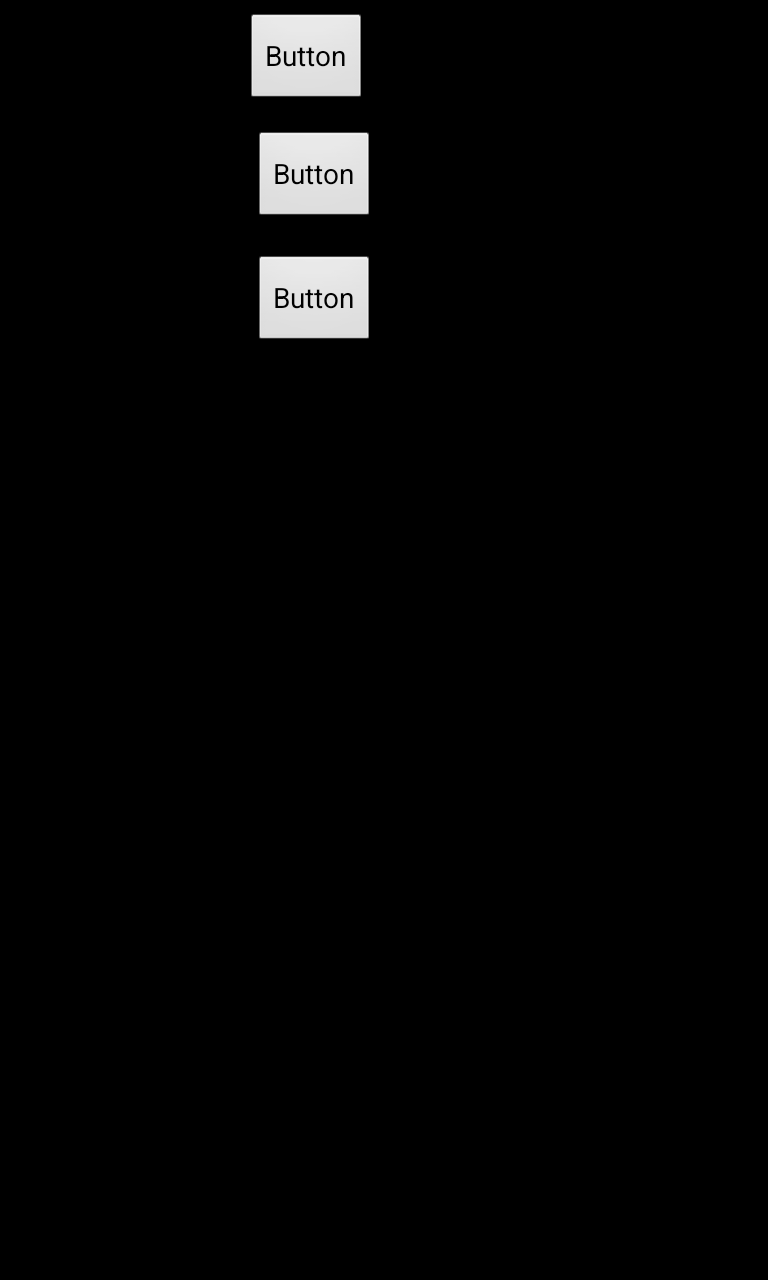
Repository: nuces-acm/DevFest-12-Team-9
Layout: data/Eclipse Workspace of android/Devfest/DCSClientApp/res/layout/main.xml
These files come from the project's save history. The layout is drawn as it stood at one moment and after the next save; the edit follows.
It is drawn on a 768 x 1280 px phone screen (xhdpi) without system bars, with theme android:Theme; the app's code is not run.

Above is the layout before, as saved 2012-04-01 03:10:09.

### data/Eclipse Workspace of android/Devfest/DCSClientApp/res/layout/main.xml
<?xml version="1.0" encoding="utf-8"?>
<AbsoluteLayout xmlns:android="http://schemas.android.com/apk/res/android"
    android:layout_width="match_parent"
    android:layout_height="match_parent" >

    <Button
        android:id="@+id/testsButton"
        android:layout_width="wrap_content"
        android:layout_height="wrap_content"
        android:layout_x="122dp"
        android:layout_y="6dp"
        android:text="Button" />

    <Button
        android:id="@+id/button2"
        android:layout_width="wrap_content"
        android:layout_height="wrap_content"
        android:layout_x="126dp"
        android:layout_y="65dp"
        android:text="Button" />

    <Button
        android:id="@+id/button3"
        android:layout_width="wrap_content"
        android:layout_height="wrap_content"
        android:layout_x="126dp"
        android:layout_y="127dp"
        android:text="Button" />

</AbsoluteLayout>

After the next save:
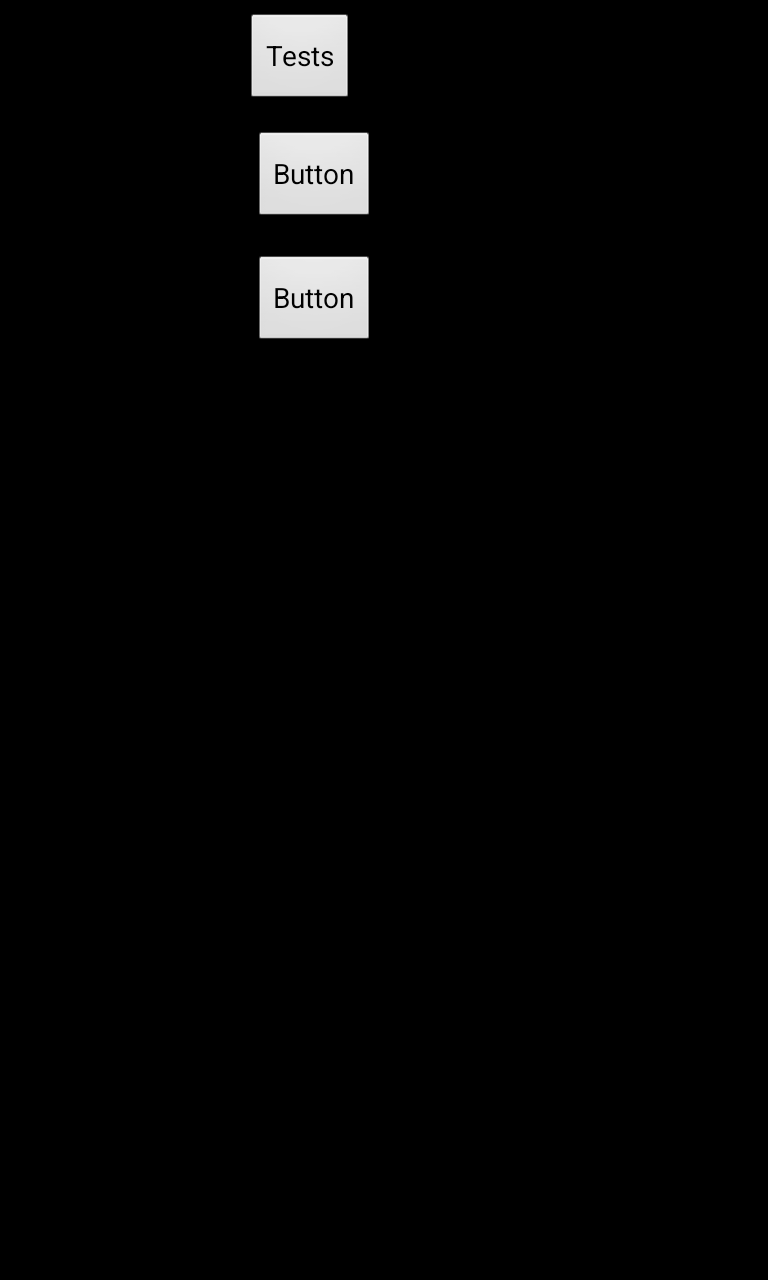
Saved 5 s later.
--- a/data/Eclipse Workspace of android/Devfest/DCSClientApp/res/layout/main.xml
+++ b/data/Eclipse Workspace of android/Devfest/DCSClientApp/res/layout/main.xml
@@ -9,7 +9,7 @@
         android:layout_height="wrap_content"
         android:layout_x="122dp"
         android:layout_y="6dp"
-        android:text="Button" />
+        android:text="Tests" />
 
     <Button
         android:id="@+id/button2"

After the save that followed:
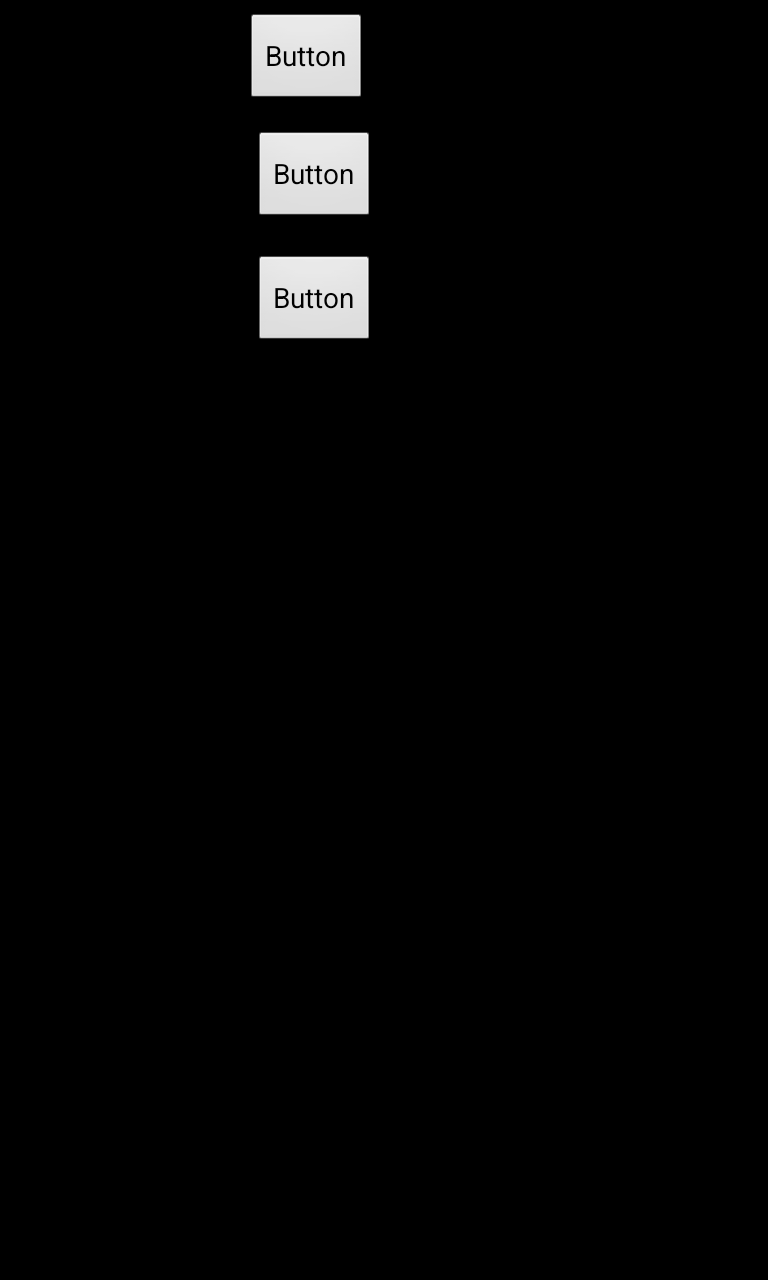
Saved 35 s later.
--- a/data/Eclipse Workspace of android/Devfest/DCSClientApp/res/layout/main.xml
+++ b/data/Eclipse Workspace of android/Devfest/DCSClientApp/res/layout/main.xml
@@ -9,7 +9,7 @@
         android:layout_height="wrap_content"
         android:layout_x="122dp"
         android:layout_y="6dp"
-        android:text="Tests" />
+        android:text="Button" />
 
     <Button
         android:id="@+id/button2"
